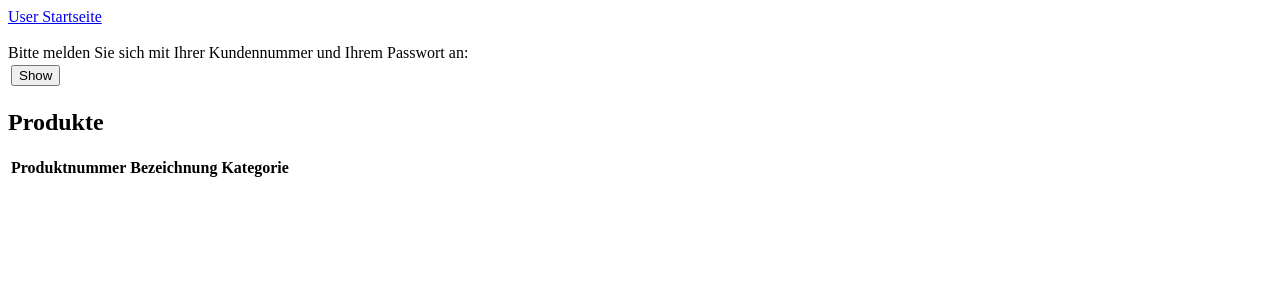
Repository: exic/VIS-Labor
Page: http://localhost/vislabor/search_product.action
An editor plug-in stored every save of this project. The page is shown before and after the next save, followed by the edit.
The browser window is 1280 px wide. The pictures show the whole page.
The page is served by Tomcat 9. Queries for data that is not in the repository find no rows.

Above is the page before, as saved 2011-05-15 14:26:51.

After the next save:
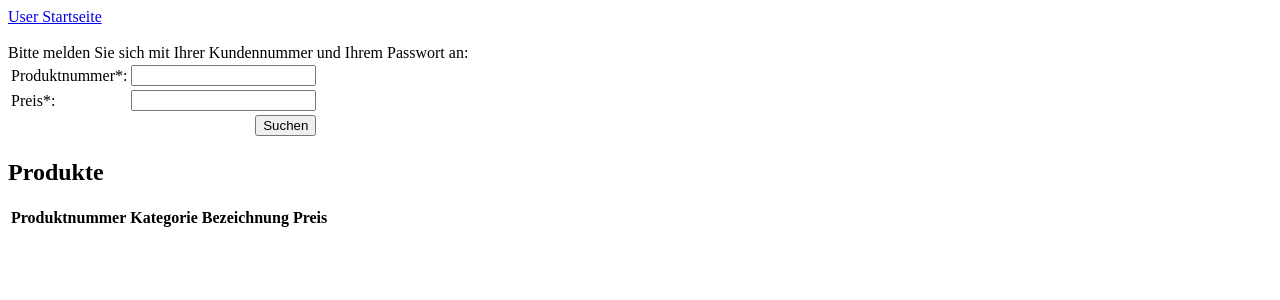
Saved 5 min 35 s later.
--- a/workspace/vislabor/WebContent/pages/SearchProduct.jsp
+++ b/workspace/vislabor/WebContent/pages/SearchProduct.jsp
@@ -15,23 +15,26 @@
 		<s:text name="Bitte melden Sie sich mit Ihrer Kundennummer und Ihrem Passwort an:" />
 
 		<s:form action="search_product">
-
-			<s:submit value="Show"/>
+			<s:textfield name="id" label="Produktnummer" size="20" required="true"/>
+			<s:textfield name="price" label="Preis" size="20" required="true"/>
+			<s:submit value="Suchen"/>
 		</s:form>
 
 		<h2>Produkte</h2>
 		<table>
 		<tr>
 		    <th>Produktnummer</th>
+		    <th>Kategorie</th>
 		    <th>Bezeichnung</th>
-		    <th>Kategorie</th>
+		    <th>Preis</th>
 		    <th></th>
 		</tr>
 		<s:iterator value="productList" var="product">
 		    <tr>
 		        <td><s:property value="id"/></td>
+		        <td><s:property value="category.label"/></td>
 		        <td><s:property value="label"/></td>
-		        <td><s:property value="category.label"/></td>
+		        <td><s:property value="price"/></td>
 		        <td><a href="view?id=<s:property value="id"/>">Detailansicht</a></td>
 		    </tr>
 		</s:iterator>
